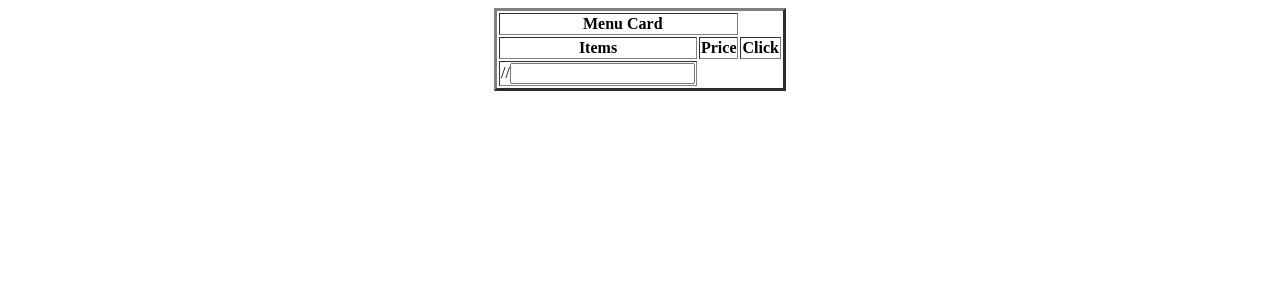
Repository: PersonalGithub26/Infinite-Training
Page: Day10/SwiggyProject/src/Swiggy.html
An editor plug-in stored every save of this project. The page is shown before and after the next save, followed by the edit.
The browser window is 1280 px wide. The pictures show the whole page.

Above is the page before, as saved 2022-12-29 15:37:07.
Console error: ReferenceError: items is not defined

### Day10/SwiggyProject/src/Swiggy.html
<!DOCTYPE html>
<html>
<head>
<script>
		function show()
		{
			var items = ["Idly", "Dosa", "wada", "Puri", "Chapathi", "Bonda"]
		}
	</script>

<meta charset="ISO-8859-1">
<title>Insert title here</title>
</head>
<body>

	<form name="SwiggyForm">
		<table border="3" align="center">
			<tr>
				<th colspan="2" align="center">&nbsp;&nbsp;Menu Card</th>
			</tr>
			<tr>
				<th>Items</th>
				<th>Price</th>
				<th>Click</th>
			</tr>
			<tr>
				<td>
					//<input type="text" onblur="show()">

						<script>
                            for (i = 0; i < items.length; i++) {
                                document.write( items[i]);
                            }
                        </script>
				</td>
			</tr>
		</table>

	</form>

</body>
</html>

After the next save:
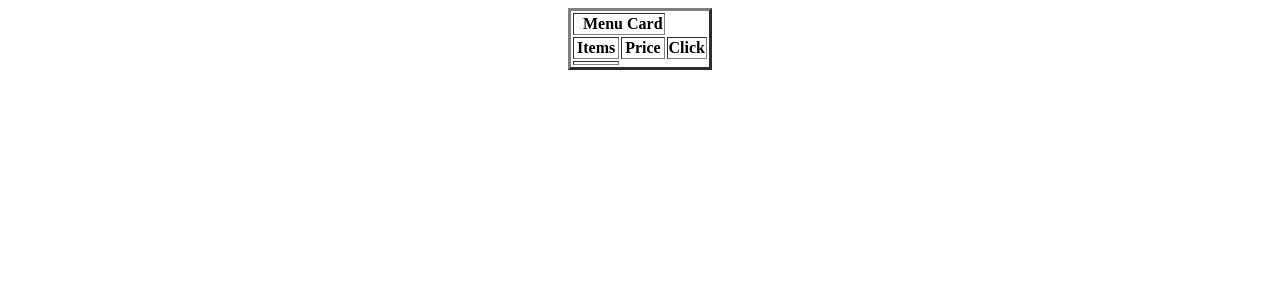
Saved 51 s later.
--- a/Day10/SwiggyProject/src/Swiggy.html
+++ b/Day10/SwiggyProject/src/Swiggy.html
@@ -25,7 +25,7 @@
 			</tr>
 			<tr>
 				<td>
-					//<input type="text" onblur="show()">
+
 
 						<script>
                             for (i = 0; i < items.length; i++) {
